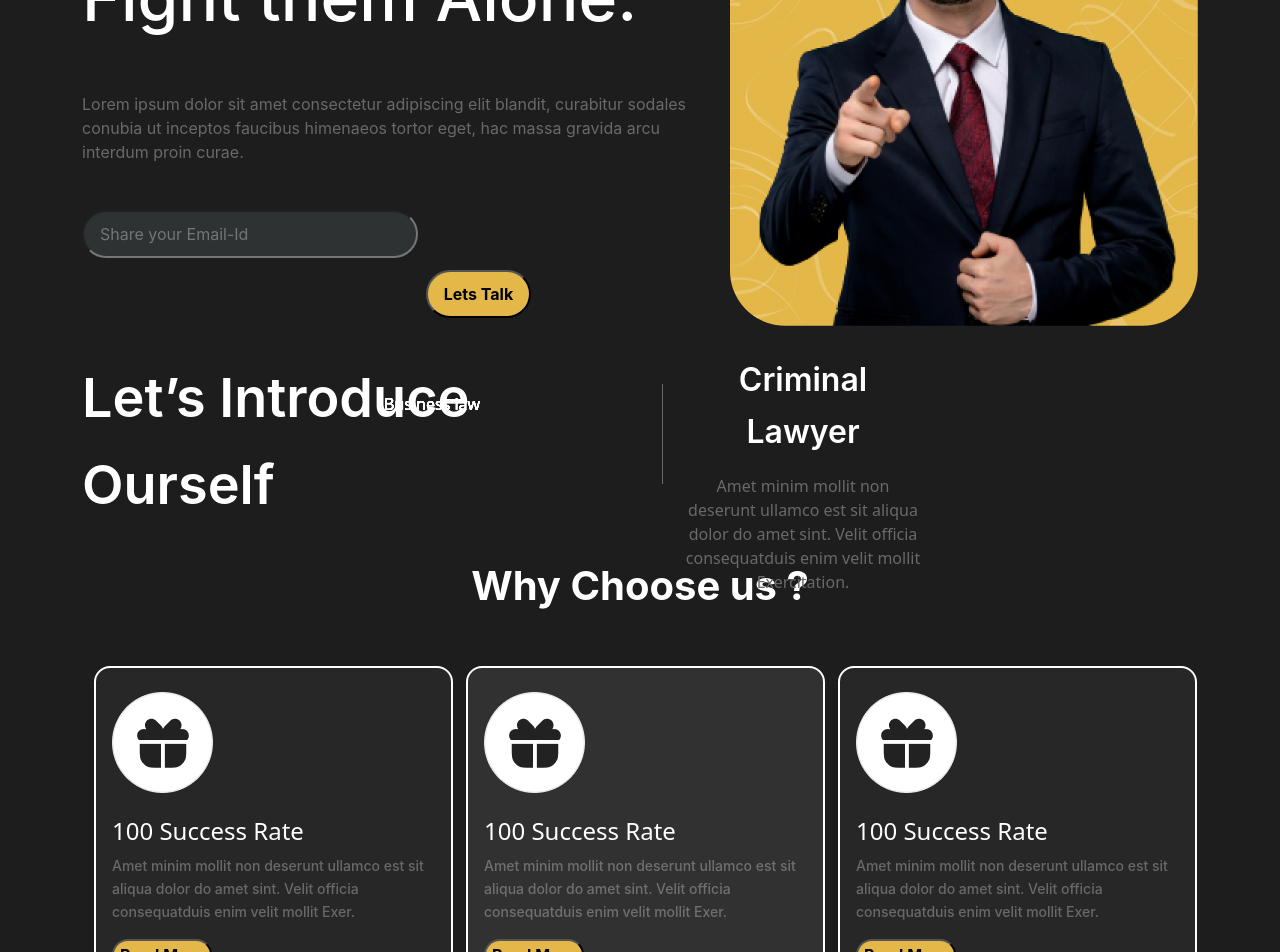
Repository: Senthil-Bala/LawFirm
Page: /
An editor plug-in stored every save of this project. The page is shown before and after a run of saves, followed by the edit.
The browser window is 1280 px wide. The pictures show the part of the page from y = 288 to 1240 px (the page is 3939 px tall).
The project was rebuilt for these pictures with package versions that can differ from the ones it lists, and the page was loaded fresh each time. Also part of the build but not shown: src/App.css, src/Components/Frequents/Accordionss.css, src/Components/Frequents/Accordionss.jsx.

Above is the page before, as saved 2023-11-29 18:45:25.

### src/App.js
import './App.css';
import 'bootstrap/dist/css/bootstrap.min.css';
import Navbar from "./Components/Navbars/Navbar"
import HeroSection from './Components/Heroess/HeroSection';
import Main from "./Components/Mainss/Main";
import Boxes from "./Components/Box/Boxes";
import Practices from './Components/Practicsing/Practices';
import Clients from "./Components/ClientSides/Clients";
import Team from "./Components/Teamss/Team";
import Faq from "./Components/Frequents/Faq"
import Subscribe from './Components/Subscribes/Subscribe';
import Footer from "./Components/Footers/Footer"

function App() {
  return (
    <div className="container">
      <Navbar/>
      <HeroSection/>
      <Main/>
      <Boxes/>
      <Practices/>
      <Clients/>
      <Team/>
      <Faq/>
      <Subscribe/>
      <Footer/>
    </div>
  );
}

export default App;

### src/Components/Navbars/Navbar.jsx
import React from 'react'
import Studio from "../assests/logo.png";
import "./Navbar.css"

function Navbar() {
  return (
    <div className='navbar'>
        <div className="logo ">
            <img src={Studio} alt="Logo"/>
            <p>IGSTUDIO</p>
        </div>
        <div className="mid">
            <p>Home</p>
            <p>Attorneys</p>
            <p>Practice</p>
            <p>About Us</p>
        </div>
        <div className="btn">
            <button>Contact Now</button>
        </div>
    </div>
  )
}

export default Navbar

### src/Components/Heroess/HeroSection.jsx
import React from "react";
import "./HeroSection.css";
import Hero from "../assests/hero.png";
import Container from 'react-bootstrap/Container';
import Row from 'react-bootstrap/Row';
import Col from 'react-bootstrap/Col';
function HeroSection() {
  return (
    <div className="hero">
      <div className="contentLeft">
        <p id="mainHeading">You don’t have to Fight them Alone.</p>
        <p id="subHeading">
          Lorem ipsum dolor sit amet consectetur adipiscing elit blandit,
          curabitur sodales conubia ut inceptos faucibus himenaeos tortor eget,
          hac massa gravida arcu interdum proin curae.
        </p>
        <div >
        <input type="text" placeholder="Share your Email-Id" />
        <button className="inBtn">Lets Talk</button>
        </div>
      </div>
      <div className="contentRight">
        <img src={Hero} alt="Hero" />
      </div>
    </div>

  //   <Container>
  //   <Row>
  //     <Col sm={12} md={6} lg={6} >
  //     <div className="contentLeft">
  //   <p id="mainHeading">You don’t have to Fight them Alone.</p>
  //        <p id="subHeading">
  //        Lorem ipsum dolor sit amet consectetur adipiscing elit blandit,
  //          curabitur sodales conubia ut inceptos faucibus himenaeos tortor eget,
  //          hac massa gravida arcu interdum proin curae.
  //        </p>
  //         <input type="text" placeholder="Share your Email-Id" />
  //     <button className="inBtn">Lets Talk</button>
  //      </div >
  //     </Col>
  //     <Col sm={12} md={6} lg={6}>
  //     <div className="contentRight mt-5">
  //       <img src={Hero} alt="Hero" />
  //    </div>
  //     </Col>
  //   </Row>

  // </Container>








  );
}

export default HeroSection;

### src/Components/Mainss/Main.jsx
import React from "react";
import "./Main.css";
import Container from 'react-bootstrap/Container';
import Row from 'react-bootstrap/Row';
import Col from 'react-bootstrap/Col';
function Main() {
  return (
    <div className="main">
    <div className="left">
        <p>Let’s Introduce <br /> Ourself</p>
    </div>
    <div className="vertical-line"></div>
    <div className="right">
        <p id="heading">Criminal Lawyer</p>
        <p id="subHeading">
            Amet minim mollit non deserunt ullamco est sit aliqua dolor do amet
            sint. Velit officia consequatduis enim velit mollit Exercitation.
        </p>
    </div>
</div>



    //Grid layouts

  //   <Container className="mt-5 pt-5">
  //   <Row>
  //     <Col sm={12} md={6} lg={6}>
  //     <div className="left">
  //       <p>Let’s Introduce Ourself</p>
  //     </div>
  //     </Col>
  //     <Col  sm={12} md={6} lg={6}>
  //     <div className="right">
  //       <p id="heading">Criminal Lawyer</p>
  //       <p id="subHeading">
  //         Amet minim mollit non deserunt ullamco est sit aliqua dolor do amet
  //         sint. Velit officia consequatduis enim velit mollit Exercitation.
  //       </p>
  //     </div>
  //     </Col>
  //   </Row>

  // </Container>
  );
}

export default Main;

### src/Components/Box/Boxes.jsx
import React from "react";
import "./Boxes.css";
import Box from "../assests/box.png";
import Container from 'react-bootstrap/Container';
import Row from 'react-bootstrap/Row';
import Col from 'react-bootstrap/Col';
function Boxes() {
  return (
    // <div className="box">
    //   <h1>Why Choose us ?</h1>
    //   <br />
    //   <div className="chooseBox">
    //     <div className="box1">
    //       <img src={Box} alt="" className="mt-2" />
    //       <h4 className="mt-4">100 Success Rate</h4>
    //       <p className="small">
    //         Amet minim mollit non deserunt ullamco est sit aliqua dolor do amet
    //         sint. Velit officia consequatduis enim velit mollit Exer.
    //       </p>
    //     </div>
    //     <div className="box2">
    //       <img src={Box} alt="" className="mt-2" />
    //       <h4 className="mt-4">100 Success Rate</h4>
    //       <p className="small">
    //         Amet minim mollit non deserunt ullamco est sit aliqua dolor do amet
    //         sint. Velit officia consequatduis enim velit mollit Exer.
    //       </p>
    //     </div>
    //     <div className="box3">
    //       <img src={Box} alt="" className="mt-2" />
    //       <h4 className="mt-4">100 Success Rate</h4>
    //       <p className="small">
    //         Amet minim mollit non deserunt ullamco est sit aliqua dolor do amet
    //         sint. Velit officia consequatduis enim velit mollit Exer.
    //       </p>
    //     </div>
    //   </div>
    // </div>
    //Grid layouts

<div>
<h1  className="text-center my-5 heading">Why Choose us ?</h1>

<Container>
<Row className="gx-4 gy-4">
        <Col sm={12} md={6} lg={4} >
        <div className="box1 mt-2 mr-2">
          <img src={Box} alt="" className="mt-2" />
          <h4 className="mt-4">100 Success Rate</h4>
          <p className="small">
            Amet minim mollit non deserunt ullamco est sit aliqua dolor do amet
            sint. Velit officia consequatduis enim velit mollit Exer.
          </p>
          <button className="chip">Read More</button>
        </div>
        </Col>
        <Col sm={12} md={6} lg={4}>
        <div className="box2 mt-2 mr-2">
          <img src={Box} alt="" className="mt-2" />
          <h4 className="mt-4">100 Success Rate</h4>
          <p className="small">
            Amet minim mollit non deserunt ullamco est sit aliqua dolor do amet
            sint. Velit officia consequatduis enim velit mollit Exer.
          </p>
          <button className="chip" >Read More</button>
        </div>
        </Col>
        <Col sm={12} md={6} lg={4}>
        <div className="box3 mt-2 mr-2">
          <img src={Box} alt="" className="mt-2" />
          <h4 className="mt-4">100 Success Rate</h4>
          <p className="small">
            Amet minim mollit non deserunt ullamco est sit aliqua dolor do amet
            sint. Velit officia consequatduis enim velit mollit Exer.
          </p>
          <button className="chip">Read More</button>
        </div>
        </Col>
      </Row>

    </Container>
    </div>

  );
}

export default Boxes;

### src/Components/Practicsing/Practices.jsx
import React from "react";
import Container from "react-bootstrap/Container";
import Row from "react-bootstrap/Row";
import Col from "react-bootstrap/Col";
import Left from "../assests/left.png";
import Right from "../assests/right.png";
import "./Practices.css";

function Practices() {
  return (
    <div>
      <h1 className="text-center my-5 heading">Area of Practices</h1>

      <Container>
        <Row className="mt-3">
          <Col xs={12} sm={8}>
            <img src={Left} alt="Business law" className="left" />
            <p className="title">Business law</p>

          </Col>
          <Col xs={12} sm={4}>
            <img src={Right} alt="Partnership Law" className="right" />
            <p className="title">Business law</p>

          </Col>
        </Row>
        <Row className="mt-3">
        <Col xs={12} sm={4}>
            <img src={Right} alt="Partnership Law" className="right" />
            <p className="title">Business law</p>
          </Col>
          <Col xs={12} sm={8}>
            <img src={Left} alt="Business law" className="left" />
            <p className="title">Business law</p>

          </Col>

        </Row>
        <Row className="mt-3">
          <Col xs={12} sm={8}>
            <img src={Left} alt="Business law" className="left" />
            <p className="title">Business law</p>

          </Col>
          <Col xs={12} sm={4}>
            <img src={Right} alt="Partnership Law" className="right" />
            <p className="title">Business law</p>

          </Col>
        </Row>
      </Container>
    </div>
  );
}

export default Practices;

### src/Components/ClientSides/Clients.jsx
import React from "react";
import "./Clients.css";
import EclipseOne from "../assests/EclipseOne.png";
import EclipseTwo from "../assests/EclipseTwo.png";
import EclipseThree from "../assests/EclipseThree.png";
import Container from 'react-bootstrap/Container';
import Row from 'react-bootstrap/Row';
import Col from 'react-bootstrap/Col';
function Clients() {
  return (
    // <div className="box">
    //   <h1>Why Choose us ?</h1>
    //   <br />
    //   <div className="chooseBox">
    //     <div className="box1">
    //       <img src={Box} alt="" className="mt-2" />
    //       <h4 className="mt-4">100 Success Rate</h4>
    //       <p className="small">
    //         Amet minim mollit non deserunt ullamco est sit aliqua dolor do amet
    //         sint. Velit officia consequatduis enim velit mollit Exer.
    //       </p>
    //     </div>
    //     <div className="box2">
    //       <img src={Box} alt="" className="mt-2" />
    //       <h4 className="mt-4">100 Success Rate</h4>
    //       <p className="small">
    //         Amet minim mollit non deserunt ullamco est sit aliqua dolor do amet
    //         sint. Velit officia consequatduis enim velit mollit Exer.
    //       </p>
    //     </div>
    //     <div className="box3">
    //       <img src={Box} alt="" className="mt-2" />
    //       <h4 className="mt-4">100 Success Rate</h4>
    //       <p className="small">
    //         Amet minim mollit non deserunt ullamco est sit aliqua dolor do amet
    //         sint. Velit officia consequatduis enim velit mollit Exer.
    //       </p>
    //     </div>
    //   </div>
    // </div>
    //Grid layouts

<div>
    <div className="clientHead d-flex justify-content-between align-items-center">
<h1  className=" my-5 heading">What Says Our <br /> Happy Clients</h1>
<div className="arrows">
<button>L</button>
<button className="rgt">R</button>
</div>


</div>
<Container>
<Row className="gx-4 gy-4">
        <Col sm={12} md={6} lg={4} >
        <div className="box1 mt-2 mr-2">
          <img src={EclipseOne} alt="" />
          <h4 className="mt-2">Joe Kooper</h4>
          <p >Ceo Of Hunt</p>
          <p className="small">
            Amet minim mollit non deserunt ullamco est sit aliqua dolor do amet
            sint. Velit officia consequatduis enim velit mollit Exer.
          </p>
          <button className="chip">Read More</button>
        </div>
        </Col>
        <Col sm={12} md={6} lg={4}>
        <div className="box2 mt-2 mr-2">
          <img src={EclipseTwo} alt="" className="mt-2" />
          <h4 className="mt-2">Robert Fox</h4>
          <p >Ceo Of Hunt</p>
          <p className="small">
            Amet minim mollit non deserunt ullamco est sit aliqua dolor do amet
            sint. Velit officia consequatduis enim velit mollit Exer.
          </p>
          <button className="chip" >Read More</button>
        </div>
        </Col>
        <Col sm={12} md={6} lg={4}>
        <div className="box3 mt-2 mr-2">
          <img src={EclipseThree} alt="" className="mt-2" />
          <h4 className="mt-2">Devon Lane</h4>
          <p >Ceo Of Hunt</p>
          <p className="small">
            Amet minim mollit non deserunt ullamco est sit aliqua dolor do amet
            sint. Velit officia consequatduis enim velit mollit Exer.
          </p>
          <button className="chip">Read More</button>
        </div>
        </Col>
      </Row>

    </Container>
    </div>

  );
}

export default Clients;

### src/Components/Teamss/Team.jsx
import React from 'react'
import Container from 'react-bootstrap/esm/Container'
import Row from 'react-bootstrap/Row';
import Col from 'react-bootstrap/Col';
import Daniel from "../assests/Daniel.png";
import Sanfole from "../assests/Sanfole.png";
import Casforila from "../assests/Casforila.png";
import Collean from "../assests/Collean.png";
import Haldone from "../assests/Haldone.png";
import Nik from "../assests/Nik.png"
import "./Team.css"

function Team() {
  return (
    <div className='teamDiv my-3'>
        <h1 className="text-center mt-5 heading">Our Team</h1>

        <Container>
        <Row>

        <Col xs={6} md={4} lg={4} className='mt-5'>
            <div className="items d-flex pt-1 ">
        <img src={Daniel} alt="" className='mr-3'/>
        <div>
          <h6 >Daniel Def</h6>
          <p className="opac">301 Cases</p>
          </div>
          </div>
        </Col>

        <Col xs={6} md={4} lg={4} className='mt-5'>
            <div className="items d-flex sanfole pt-1 ">
        <img src={Sanfole} alt="" className='mr-3 '/>
        <div>
          <h6>Sanfole</h6>
          <p className="opac">850 Cases</p>
          </div>
          </div>
        </Col>

        <Col xs={6} md={4}  lg={4} className='mt-5'>
            <div className="items d-flex pt-1">
        <img src={Casforila} alt="" className='mr-3'/>
        <div>
          <h6 >Casforila</h6>
          <p className="opac">470 Cases</p>
          </div>
          </div>
        </Col>

        <Col xs={6} md={4} lg={4} className='mt-5'>
            <div className="items d-flex pt-1 ">
        <img src={Collean} alt="" className='mr-3'/>
        <div>
          <h6 >Collean</h6>
          <p className="opac">180 Cases</p>
          </div>
          </div>
        </Col>

        <Col xs={6} md={4}  lg={4} className='mt-5'>
            <div className="items d-flex pt-1">
        <img src={Haldone} alt="" className='mr-3'/>
        <div>
          <h6 >Haldone</h6>
          <p className="opac">212 Cases</p>
          </div>
          </div>
        </Col>

        <Col xs={6} md={4}  lg={4} className='mt-5'>
            <div className="items d-flex p-2">
        <img src={Nik} alt="" className='mr-3'/>
        <div>
          <h6 >Nik Joe</h6>
          <p className="opac">350 cases</p>
          </div>
          </div>
        </Col>

      </Row>
      </Container>
    </div>
  )
}

export default Team

### src/Components/Frequents/Faq.jsx
import React from "react";
import Accordionss from "./Accordionss"
import "./Faq.css"
function Faq() {
  return (
    <div className="d-flex justify-content-between my-5">
      <div className="faq my-4">
        <h1>FAQ</h1>
        <p className="faqContent">
          Amet minim mollit non deserunt ullamco est sit <br /> aliqua dolor do amet
          sint.
        </p>
      </div>
      <div className="accordions mt-5">
        {/* <Accordions/> */}
      </div>
    </div>
  );
}

export default Faq;

### src/Components/Subscribes/Subscribe.jsx
import React from 'react'
import "./Subscribe.css"
function Subscribe() {
  return (
    <div className='subscribes mt-3'>
    <div className="newsLetter">
<h1 className='text-center mt-2'>Subscribe Our NewsLetter</h1>
</div>
<div className="inputAndbutton">
    <input type="text" className='inputOne' placeholder='Enter Your Name'/>
    <input type="text" className='inputOne' placeholder='Enter your Email'/>
    <button id='send'>Send</button>
</div>
    </div>
  )
}

export default Subscribe

### src/Components/Footers/Footer.jsx
import React from 'react'
import "./Footer.css";
import logo from "../assests/logo.png";
import Group from "../assests/group.png"
function Footer() {
  return (
    <div className='footerDiv my-3'>
        <div className="firstDiv container text-center">
           <div className='logoDiv'>
            <img src={logo} alt="logo" />
            <p>IGSTUDIO</p>
           </div>
           <div className="mainDiv ">
            <p>Home</p>
            <p>Attorneys</p>
            <p>Practice Areas</p>
            <p>About Us</p>
           </div>
           <div>
            <img src={Group} alt="Icons" />
           </div>
        </div>
        <br />
        <div className="secondDiv container text-center ">
            <p>© 2020 Acme. All rig</p>
            <p>Privacy Policy</p>
            <p>Terms of Service</p>
        </div>

    </div>
  )
}

export default Footer

### src/Components/Navbars/Navbar.css
.navbar {
    display: flex;
    justify-content: space-between;
    align-items: center;
    /* width: 100%;
    height: 3rem; */

}

.mid {
    display: flex;
    gap: 30px;
    font-family: Inter;
    text-align: center;
    justify-content: space-between;
    align-items: center;

}

.btn button {
    border: 2px solid #FFFFFF;
    background-color: #1D1D1D;
    color: #FFFFFF;
    /* justify-content: center;
    align-items: center; */
}

.logo {
    display: flex;
    justify-content: center;
    align-items: center;
    gap: 20px;
}

.logo img{
    height: 1rem;
}

### src/Components/Heroess/HeroSection.css
.hero {
    display: flex;
    justify-content: space-between;
    align-items: center;
    gap: 30px;
    font-family: Inter;

}

.contentLeft {
    margin-top: 5rem;
    display: flex;
    flex-direction: column;
    gap: 30px;
}

.contentRight {
    width: 467.71px;
    height: 467.71px;
}

.inBtn {
    background: rgba(227, 183, 72, 1);

    color: black;
    font-family: Inter;
    font-weight: bold;
    height: 3rem;
    padding: 1rem;
    display: flex;
    justify-content: center;
    align-items: center;
    border-radius: 3rem;
    text-align: center;
    position: absolute;
    right: 58.5%;
    top: 77.5%;
    outline: 0;
}

input[type='text'] {
    height: 3rem;
    padding: 1rem;
    border-radius: 3rem;
    width: 21rem;
    position: relative;
    background-color:rgb(47, 50, 50);
    color: darkslategray;
    outline: 0;
}

#mainHeading {
    font-size: 66px;
    font-weight: 500;
    line-height: 97px;
    letter-spacing: 0em;
    text-align: left;

}

#subHeading {
    color: dimgrey;

}

### src/Components/Mainss/Main.css
.main {
    display: flex;
    justify-content: space-eve;
    text-align: center;
    margin-top: 6rem;
}

.left {
    font-family: Inter;
    font-size: 54px;
    font-weight: 600;
    line-height: 87px;
    text-align: left;

}
/* Styling for the main container */
.main {
    display: flex;
    align-items: center;
}

/* Styling for the vertical line */
.vertical-line {
    border-left: 1px solid dimgray; /* Set color for the left border */
    height: 100px; /* Set height of the line */
    margin: 0 20px; /* Adjust margin as needed */
}



.right{
    display: flex;
    flex-direction: column;

}
#heading {
    font-family: Inter;
    font-size: 32px;
    font-weight: 600;
    line-height: 52px;
    letter-spacing: 0em;
    text-align: center;
    /* width: 475px;
    height: 155px; */

}
#subHeading{
    color: dimgrey;
    /* width: 475px;
height: 87px;

opacity: 0.3px; */

}

### src/Components/Box/Boxes.css
.box{
    margin-top: 6rem;
    text-align: center;
}
.chooseBox{
    display: flex;
    justify-content: space-between;
}
.box1,.box2,.box3{
    width: 359px;
height: 377px;
padding: 1rem;
text-align: left;
border: 2px solid;
border-radius: 1rem;
background-color:rgb(40, 39, 39);

}
.box2{
    background: rgba(71, 71, 71, 0.5);

}
.small{
    font-family: Inter;
font-size: 14px;
font-weight: 500;
line-height: 23px;
letter-spacing: 0em;
text-align: left;
opacity: 30%;

}
.chip{
    background: rgba(227, 183, 72, 1);

    color: black;
    font-family: Inter;
    font-weight: bold;
    height: 2rem;
    /* padding: 1rem; */
    display: flex;
    justify-content: center;
    align-items: center;
    border-radius: 1.5rem;
    text-align: center;
}
.heading{
    font-family: Inter;
    font-weight: bold;

}

### src/Components/Practicsing/Practices.css
.left{
    width:35rem;
    height:10rem;

}
.right{
    width:15rem;
    height:10rem;
    position: relative;
}
.title{
    position: absolute;
    bottom: 0px;
    left: 30%;
    text-align: center;
}

### src/Components/ClientSides/Clients.css
.arrows button{
    border-radius: 50%;
    height: 3rem;
    width: 3rem;
}
.rgt{
    background: rgba(227, 183, 72, 1);
}
.box2{
    background: rgba(71, 71, 71, 0.5);

}

### src/Components/Teamss/Team.css
.opac{
    opacity: 30%;
}

.sanfole{
    background: rgba(227, 183, 72, 1);
border-radius: 1rem;
color: black;

}

### src/Components/Frequents/Faq.css
.faqContent{
    opacity: 30%;
}

### src/Components/Subscribes/Subscribe.css
.subscribes{
height: 356px;
background: rgba(71, 71, 71, 0.5);
display: flex;
flex-direction: column;
justify-content: center;
align-items: center;
border-radius: 1rem;
gap: 30px;
}
#send{
    background: rgba(227, 183, 72, 1);
    height: 2.5rem;
    width: 5rem;
    border-radius: 0.5rem;

}
.inputOne{
    width: 10rem;
    height: 2.5rem;
    border-radius: 0.5rem;
    padding-left: 1rem;

}
.inputAndbutton{
display: flex;
justify-content: space-between;
gap: 10px;
}

### src/Components/Footers/Footer.css
.footerDiv{

height: 367px;
/* border: 1px solid white; */
display: flex;
flex-direction: column;
font-size: smaller;
background-color: black;
/* width: 100%; */


}
.firstDiv{
    display: flex;
    justify-content: space-between;
    align-items: center;
    margin-top: 4rem;
}
.mainDiv{
    display: flex;
    justify-content: center;
    align-items: center;
    gap:50px;
}
.secondDiv{
    display: flex;
    justify-content: center;
    align-items: center;
    gap:20px;
    margin-top: 2rem;
    font-size: xx-small;

}

Loaded but not shown: public/index.html (common file); src/index.js (common file); src/index.css (common file); src/reportWebVitals.js (common file)

After the next 2 saves:
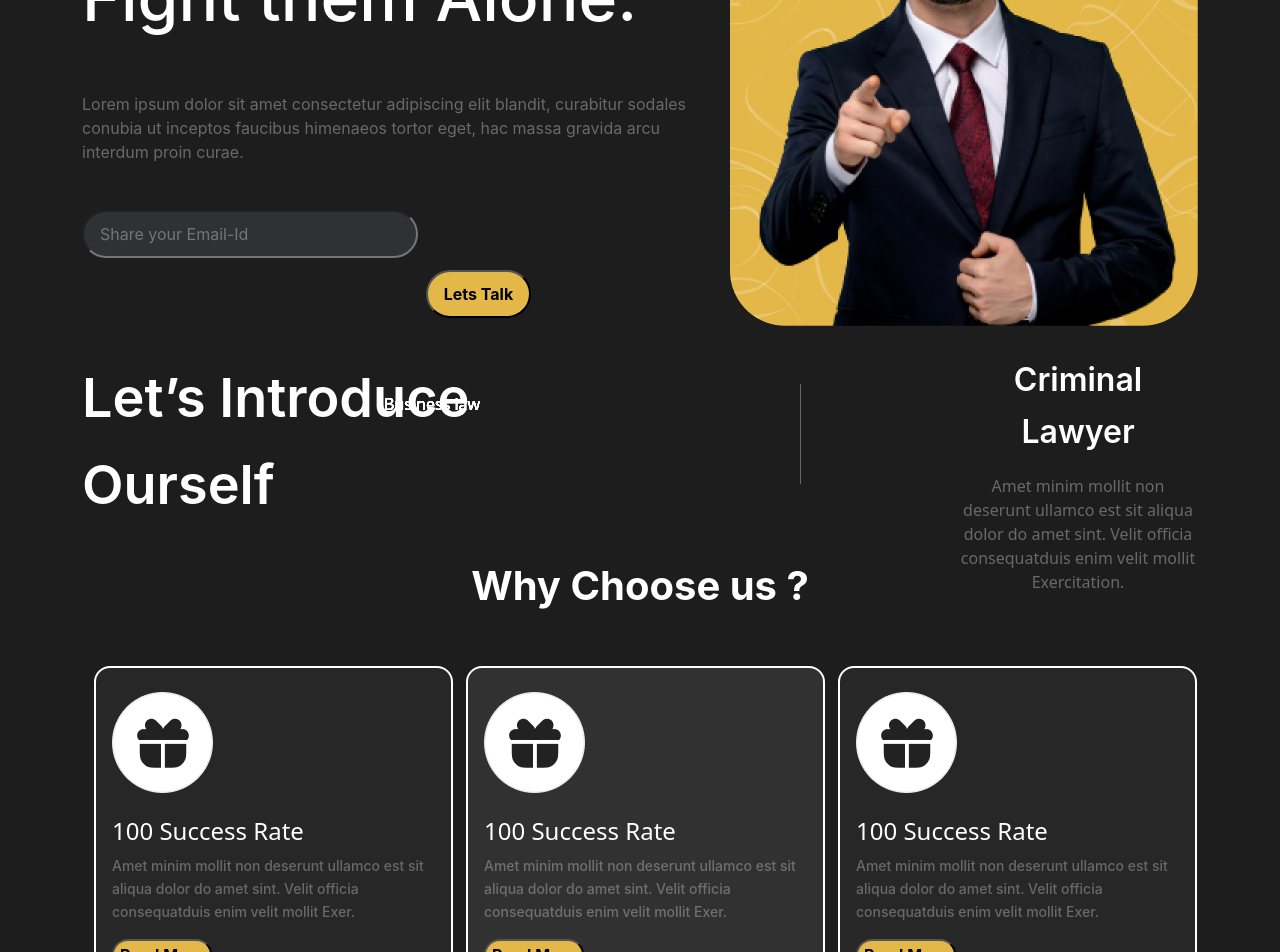
The 2 saves are shown as one change because they came seconds apart.
The last was saved 36 s later.
--- a/src/Components/Mainss/Main.css
+++ b/src/Components/Mainss/Main.css
@@ -1,6 +1,6 @@
 .main {
     display: flex;
-    justify-content: space-eve;
+    justify-content: space-between;
     text-align: center;
     margin-top: 6rem;
 }
